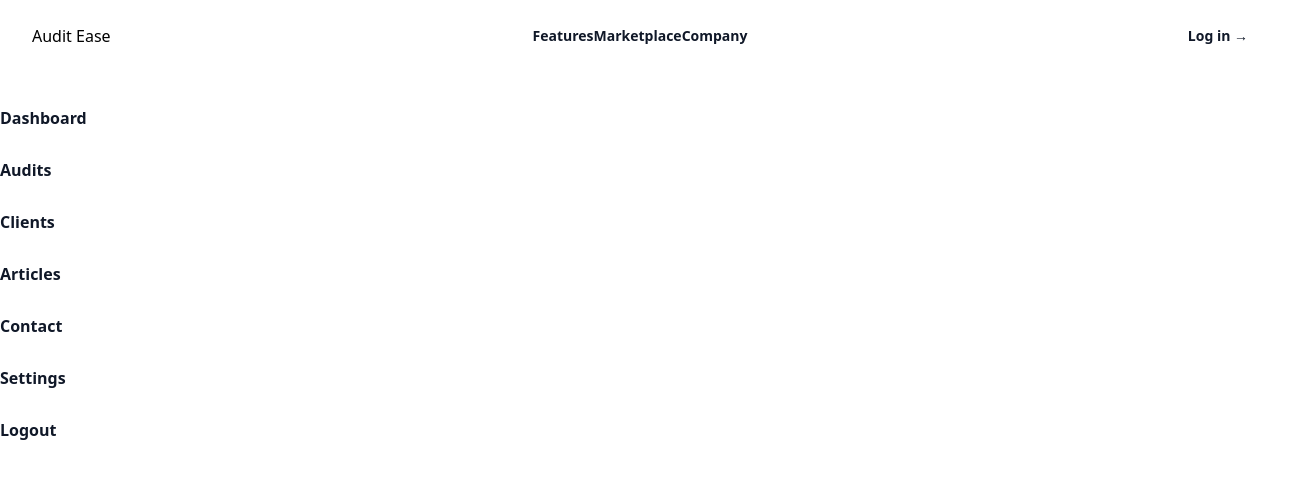
Repository: EclipticCode/Audit-Ease-FE
Page: /
The author's editor kept a copy of each file at every save. The page is drawn from the files as they stood at one save, then again after a run of saves.
The browser window is 1280 px wide. The page is 1292 px wide, so the pictures cover 1292 px, including what lies to the right of the window. The pictures show the whole page.
The project was rebuilt for these pictures with package versions that can differ from the ones it lists, and the page was loaded fresh each time. Also part of the build but not shown: vite.config.js, Login.jsx.

Above is the page before, as saved 2025-03-27 19:27:01.

After the next 3 saves:
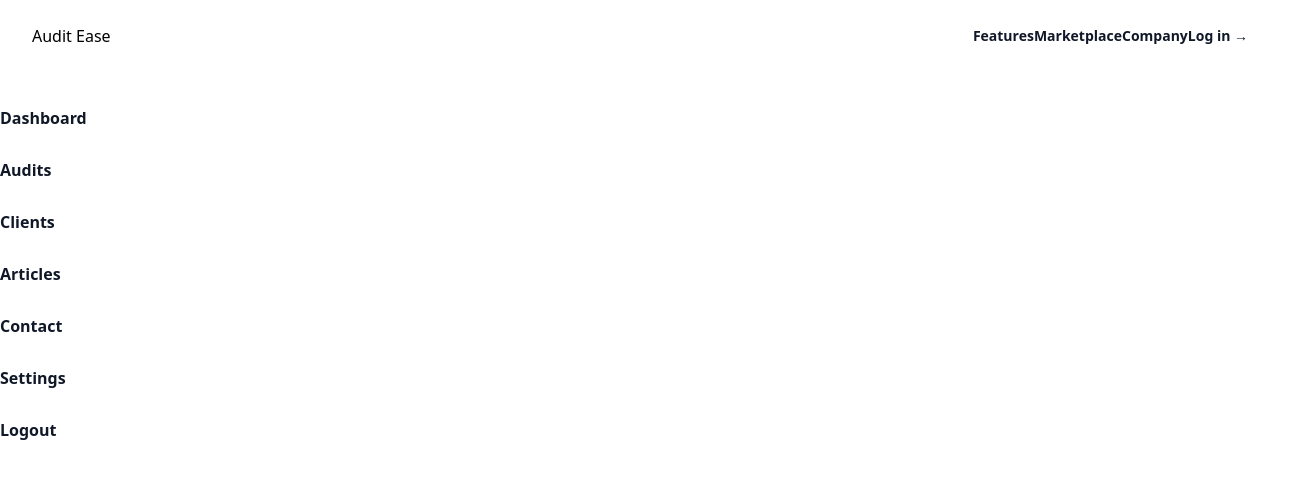
The 3 saves are shown as one change because they came seconds apart.
The last was saved 24 s later.
--- a/src/Navbar.jsx
+++ b/src/Navbar.jsx
@@ -12,7 +12,9 @@ const Navbar = () => {
           </a>
         </div>
 
-          <a href="#" className="text-sm/6 font-semibold text-gray-900">
+
+        <div className="hidden lg:flex lg:flex-1 lg:justify-end">
+        <a href="#" className="text-sm/6 font-semibold text-gray-900">
             Features
           </a>
           <a href="#" className="text-sm/6 font-semibold text-gray-900">
@@ -21,7 +23,6 @@ const Navbar = () => {
           <a href="#" className="text-sm/6 font-semibold text-gray-900">
             Company
           </a>
-        <div className="hidden lg:flex lg:flex-1 lg:justify-end">
           <a href="#" className="text-sm/6 font-semibold text-gray-900">
             Log in <span aria-hidden="true">&rarr;</span>
           </a>
